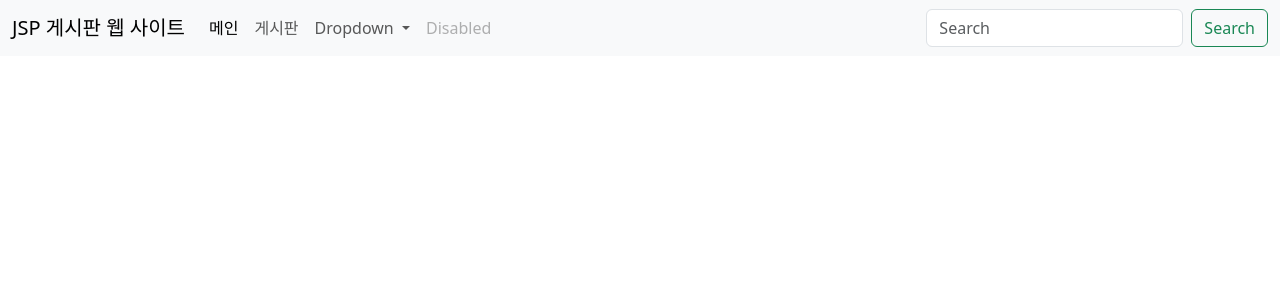
Repository: jeongjimin0/Jeongjimin
Page: http://localhost/WebTest/login.jsp
These files come from the project's save history. The page is drawn as it stood at one moment and after the next save; the edit follows.
The browser window is 1280 px wide. The pictures show the whole page.
The page is served by Tomcat 9.

Above is the page before, as saved 2023-02-27 14:05:06.

After the next save:
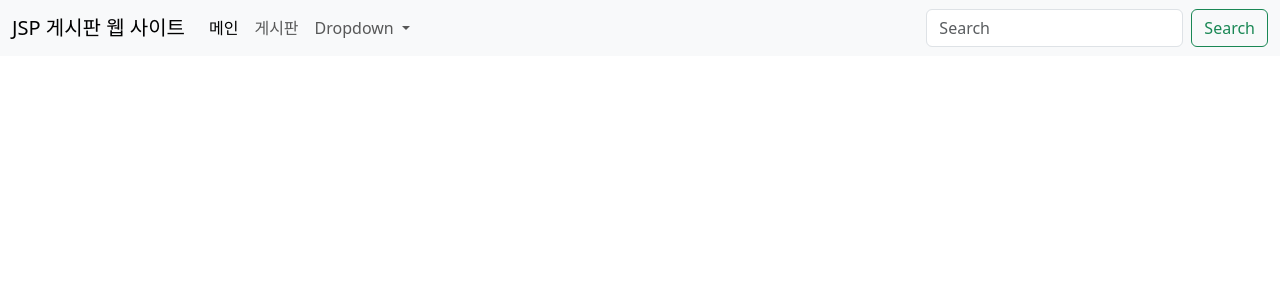
Saved 26 s later.
--- a/projects/WebTest/src/main/webapp/login.jsp
+++ b/projects/WebTest/src/main/webapp/login.jsp
@@ -31,9 +31,6 @@
             <li><a class="dropdown-item" href="#">Something else here</a></li>
           </ul>
         </li>
-        <li class="nav-item">
-          <a class="nav-link disabled">Disabled</a>
-        </li>
       </ul>
       <form class="d-flex" role="search">
         <input class="form-control me-2" type="search" placeholder="Search" aria-label="Search">
